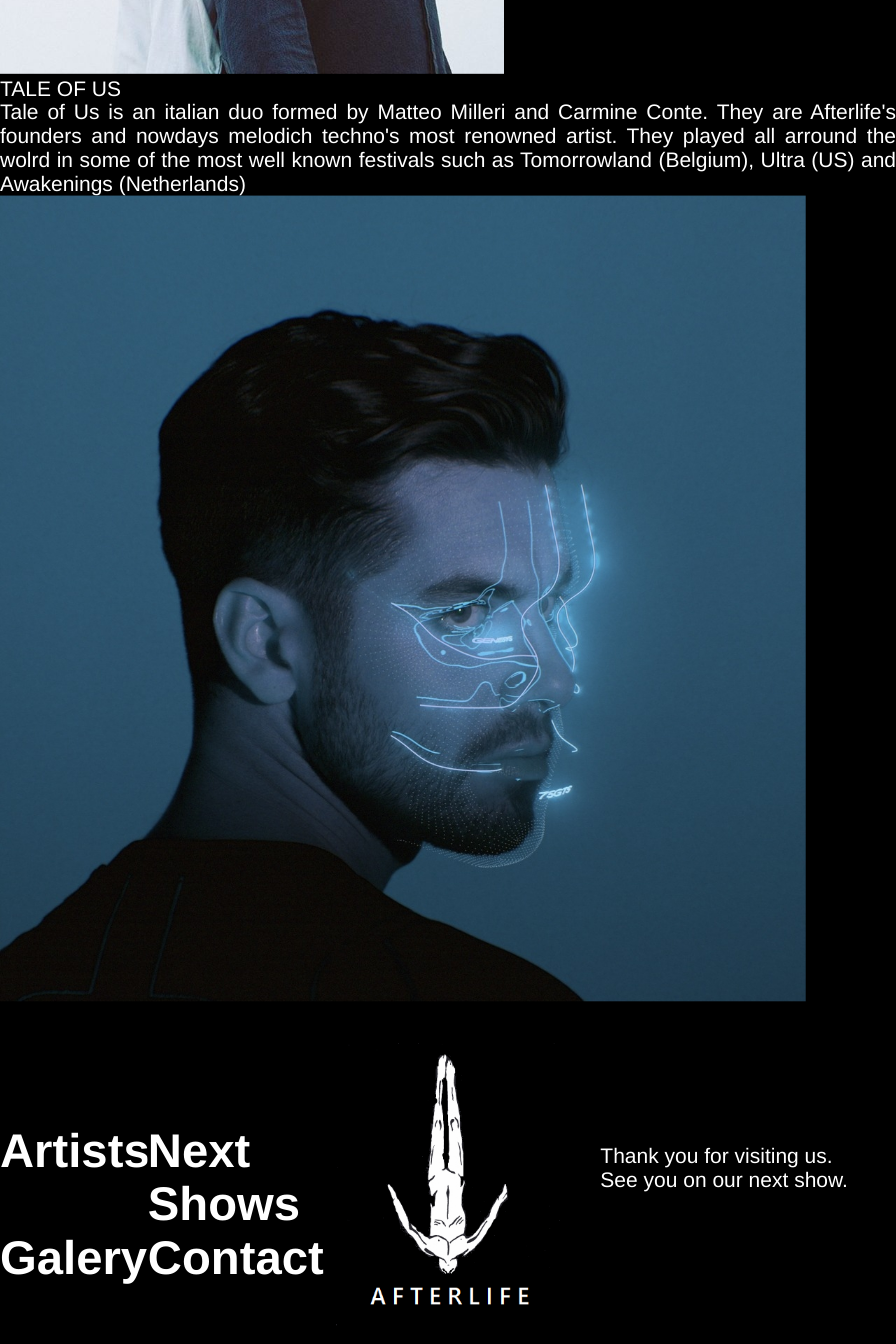
Repository: francoG98/Afterlife-Coderhouse-pre-entrega-2
Page: views/artists.html
These files come from the project's save history. The page is drawn as it stood at one moment and after the next save; the edit follows.
The browser window is 1280 px wide. The pictures show the part of the page from y = 758 to 2678 px (the page is 2678 px tall before and 2660 px after), at 70% of full size.

Above is the page before, as saved 2023-04-29 16:16:21.

### views/artists.html
<!DOCTYPE html>
<html lang="en">
<head>
    <meta charset="UTF-8">
    <meta http-equiv="X-UA-Compatible" content="IE=edge">
    <meta name="viewport" content="width=device-width, initial-scale=1.0">
    <link rel="stylesheet" href="../css/style.css">
    <link rel="stylesheet" href="../css/artists-main.css">
    <title>ARTISTS</title>
</head>
<body>
    <header>
        <div>
            <a href="../index.html"> <img class="logo" src="../source/logo.png" href="logo"> </a>
        </div>

        <nav class="navbar-header">
            <ul>
                <li>
                    <a class="element-navbar-top" href="artists.html"> ARTISTS </a>
                </li>
                <li>
                    <a class="element-navbar-top" href="nextShows.html"> NEXT SHOWS </a>
                </li>
                <li>
                    <a class="element-navbar-top" href="galery.html"> GALERY </a>
                </li>
                <li>
                    <a class="element-navbar-top" href="contact.html"> CONTACT </a>
                </li>
            </ul>
        </nav>
    </header>
    <main>
        <div class="artist">
            <img src="../source/artist_photos/tale_of_us.png" href="tale_of_us">
            <p class="artist_name">TALE OF US</p>
            <p class="artist_info">Tale of Us is an italian duo formed by Matteo Milleri and Carmine Conte. They are Afterlife's founders and nowdays melodich techno's most renowned artist. They played all arround the wolrd in some of the most well known festivals such as Tomorrowland (Belgium), Ultra (US) and Awakenings (Netherlands)</p>
        </div>
        <div class="artist">
            <img src="../source/artist_photos/anyma.jpg" href="anyma">
            <div class="artist_name">ANYMA</div>
            ,
        </div>
    </main>
    <footer class="container-footer">
        <div class="navbar-footer">
            <ul>
                <li class="li-footer">
                    <h2><a href="artists.html"> Artists </a></h2>
                </li>
                <li class="li-footer">
                    <h2> <a href="nextShows.html"> Next Shows </a></h2>
                </li>
                <li class="li-footer">
                    <h2> <a href="galery.html"> Galery </a></h2>
                </li>
                <li class="li-footer">
                    <h2><a href="contact.html"> Contact </a></h2>
                </li>
            </ul>
        </div>

        <div class="logo-footer">
            <a href="../index.html"><img src="../source/afterlife_logo_footer.png" href="afterlife_logo_footer"></a>
        </div>
        <div class="p-footer">
            <p> Thank you for visiting us.</p>
            <p> See you on our next show. </p>
        </div>
    </footer>
</body>
</html>

### css/style.css
*{
    background-color: #000000;
    margin: 0px;
    padding: 0px;
    font-family: "proxima-nova","Helvetica Neue",Helvetica,Arial,sans-serif;

}

ul{
    display: flex;
    flex-wrap: wrap;
    justify-content: space-between;
    list-style-type: none;
    font-size: 45px;
    margin-top: 30px;
    vertical-align: center;
}


a{
    text-decoration: none;
    color: white;
    font: bold;

}
p{
    color: white;
    font-size: 30px;
    text-align: justify;
}
header{
    max-width: 100vw;
    margin-top: 10px;
    display: flex;
    flex-wrap: wrap;
    justify-content: space-between;
    position: relative;
}
footer{
    display: flex;
    flex-wrap: wrap;
    flex-direction: row;
    justify-content: space-between;
    margin-top: 20px;
}
.logo{
    margin-left: 2vh;
    position: absolute;
    margin-top: 4vh;
    width: 35%;
}
.navbar-header{
    margin-right: 2vw;
    width: 60vw;
    text-align: right;
    justify-content: space-between;

}
.element-navbar-top{
    font-size: 40px;
}
.navbar-footer{
    width: 33%;
    display: flex;
    flex-wrap: wrap;
    justify-content:center;
    align-items: center;
}
.afterlife_logo_footer{
    width: 33%;
    justify-content: left;
}
.p-footer{
    margin-top: 20vh;
    width: 33%;

}
.li-footer{

    width: 50%;
    justify-content: center;
    align-items: center
}

Loaded but not shown: css/artists-main.css (no stored copy; drawn as an empty file)

After the next save:
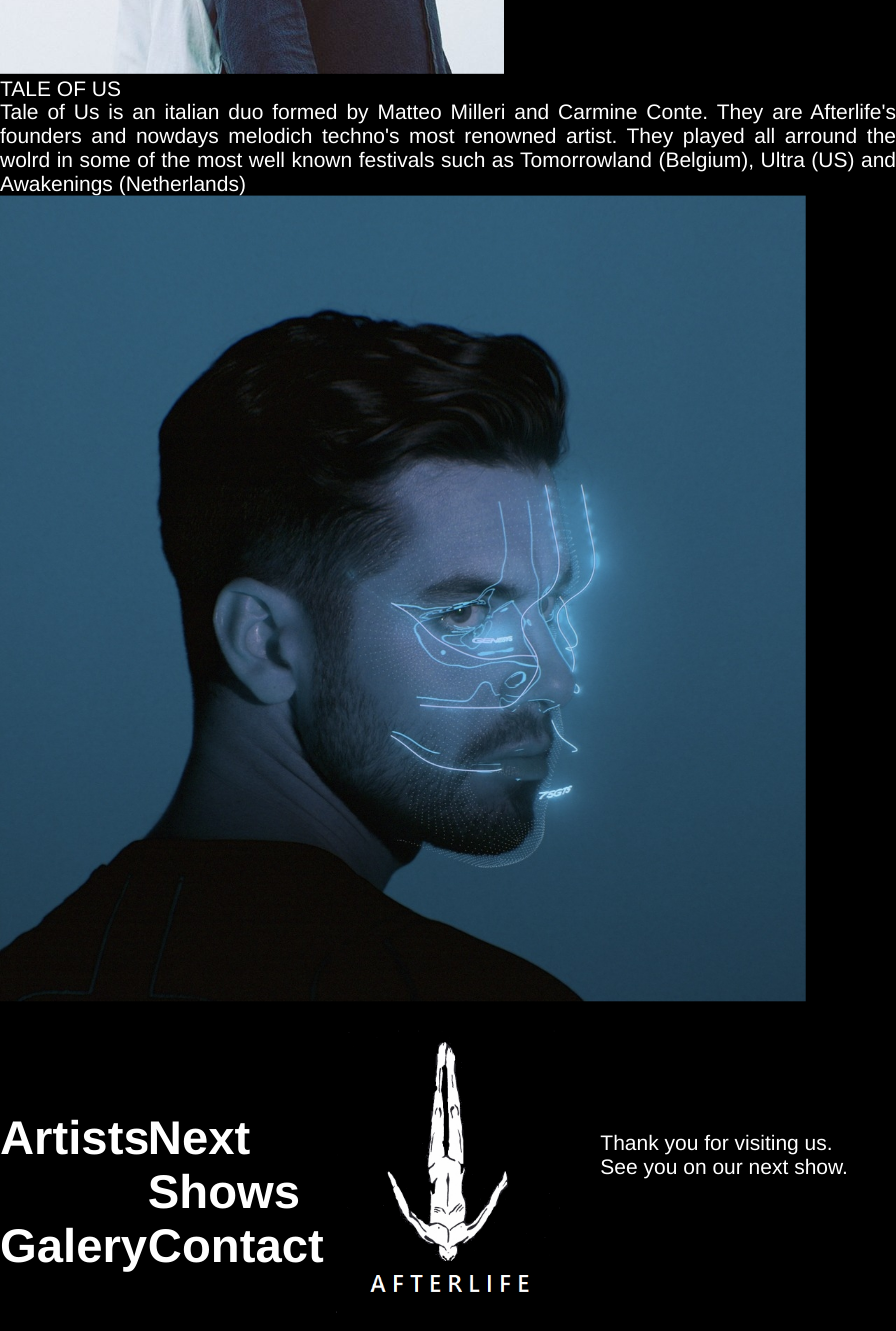
Saved 5 s later.
--- a/views/artists.html
+++ b/views/artists.html
@@ -40,7 +40,7 @@
         <div class="artist">
             <img src="../source/artist_photos/anyma.jpg" href="anyma">
             <div class="artist_name">ANYMA</div>
-            ,
+            <div class="artist_info"></div>
         </div>
     </main>
     <footer class="container-footer">

After the save that followed:
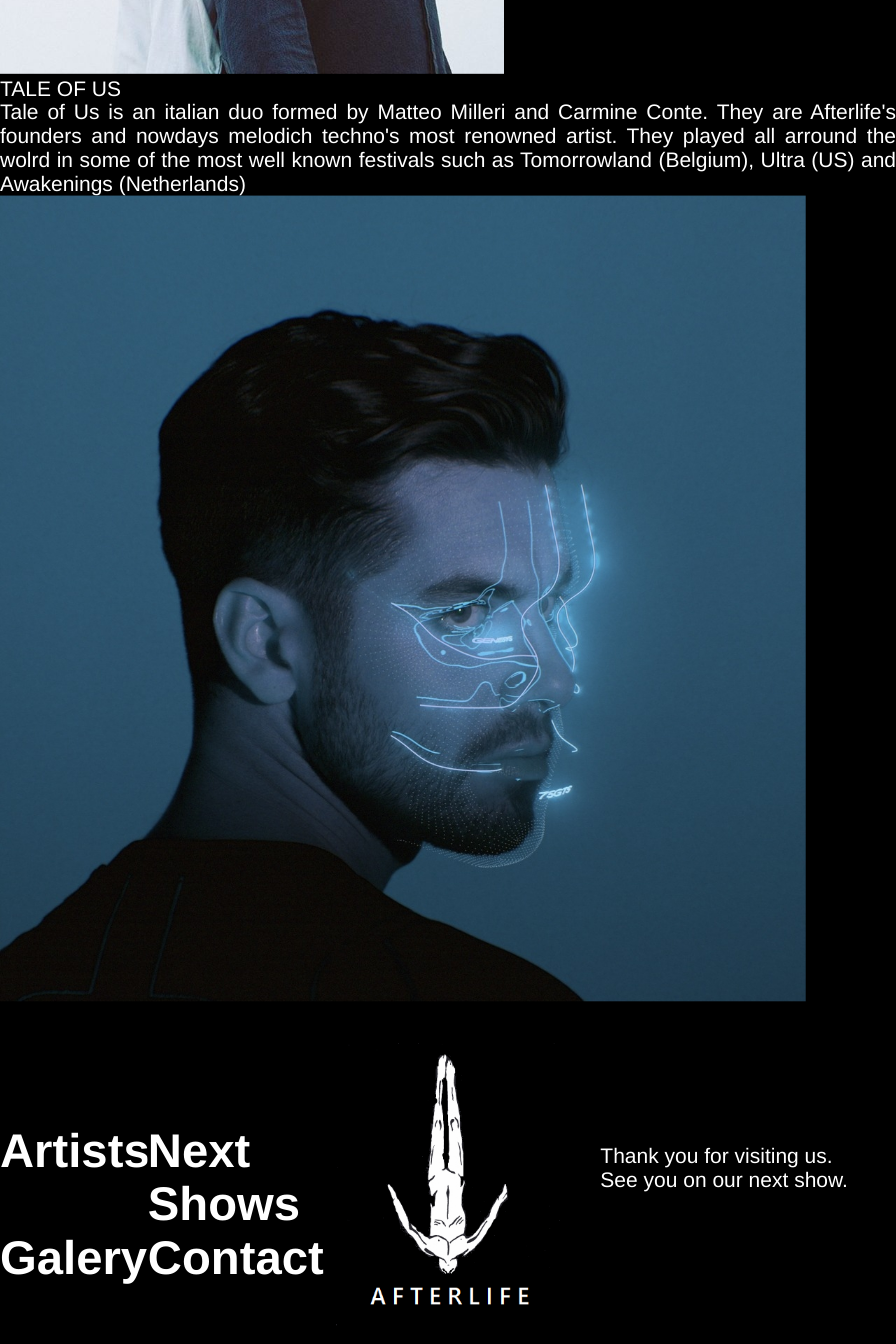
Saved 9 s later.
--- a/views/artists.html
+++ b/views/artists.html
@@ -40,7 +40,7 @@
         <div class="artist">
             <img src="../source/artist_photos/anyma.jpg" href="anyma">
             <div class="artist_name">ANYMA</div>
-            <div class="artist_info"></div>
+            <div class="artist_info">AYNMA is Matteo Milleri </div>
         </div>
     </main>
     <footer class="container-footer">
